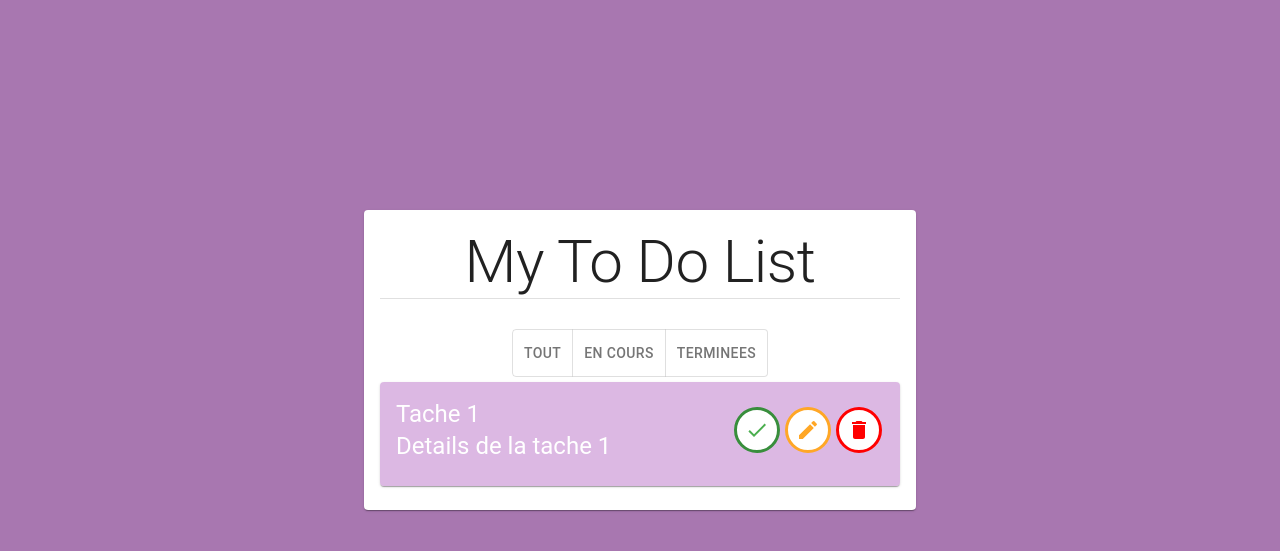
Repository: Fathiyasmine/Todo-list-project
Page: /
An editor plug-in stored every save of this project. The page is shown before and after the next save, followed by the edit.
The browser window is 1280 px wide. The pictures show the whole page.
The project was rebuilt for these pictures with package versions that can differ from the ones it lists, and the page was loaded fresh each time.

Above is the page before, as saved 2025-12-07 19:01:17.

### src/App.js
import "./App.css";
import ToDoList from "./components/ToDoList";

function App() {
  return (
    <div
      className="App"
      style={{
        display: "flex",
        justifyContent: "center",
        alignItems: "center",
        background: "#a877b0",
        height: "100vh",
      }}
    >
      <ToDoList />
    </div>
  );
}

export default App;

### src/App.css
.App {
  text-align: center;
}

.App-logo {
  height: 40vmin;
  pointer-events: none;
}

@media (prefers-reduced-motion: no-preference) {
  .App-logo {
    animation: App-logo-spin infinite 20s linear;
  }
}

.App-header {
  background-color: #282c34;
  min-height: 100vh;
  display: flex;
  flex-direction: column;
  align-items: center;
  justify-content: center;
  font-size: calc(10px + 2vmin);
  color: white;
}

.App-link {
  color: #61dafb;
}

@keyframes App-logo-spin {
  from {
    transform: rotate(0deg);
  }
  to {
    transform: rotate(360deg);
    -webkit-transform: rotate(360deg);
    -moz-transform: rotate(360deg);
    -ms-transform: rotate(360deg);
    -o-transform: rotate(360deg);
  }
}

.iconButton {
  transition: all 0.2s !important;
  -webkit-transition: all 0.2s !important;
  -moz-transition: all 0.2s !important;
  -ms-transition: all 0.2s !important;
  -o-transition: all 0.2s !important;
}
.iconButton:hover {
  background-color: rgba(223, 210, 232, 0.986) !important;
  box-shadow: 0px 7px 7px rgba(0, 0, 0, 0.4);
}

### src/components/TodoList.js
import * as React from "react";
import Container from "@mui/material/Container";
import Card from "@mui/material/Card";
import CardContent from "@mui/material/CardContent";
import Typography from "@mui/material/Typography";
import Divider from "@mui/material/Divider";
import ToggleButton from "@mui/material/ToggleButton";
import ToggleButtonGroup from "@mui/material/ToggleButtonGroup";
//Components
import Todo from "./Todo";
export default function ToDoList() {
  return (
    <Container maxWidth="sm">
      <Card>
        <CardContent>
          <Typography variant="h2">My To Do List</Typography>
          <Divider />
          {/*Filter buttons */}
          <ToggleButtonGroup
            // value={alignment}
            exclusive
            // onChange={handleAlignment}
            aria-label="text alignment"
            style={{ marginTop: "30px" }}
          >
            <ToggleButton value="left">Tout</ToggleButton>
            <ToggleButton value="right">En cours</ToggleButton>
            <ToggleButton value="center">Terminees</ToggleButton>
          </ToggleButtonGroup>
          {/*Filter buttons */}
          {/*All todos */}
          <Todo />
          {/*All todos */}
        </CardContent>
      </Card>
    </Container>
  );
}

### src/components/Todo.js
import Card from "@mui/material/Card";
import CardContent from "@mui/material/CardContent";
import Typography from "@mui/material/Typography";
import Grid from "@mui/material/Grid";
//Icons:
import CheckIcon from "@mui/icons-material/Check";
import DeleteIcon from "@mui/icons-material/Delete";
import EditIcon from "@mui/icons-material/Edit";

import IconButton from "@mui/material/IconButton";
export default function Todo() {
  return (
    <>
      <Card style={{ color: "white", background: "#c990d3a3", marginTop: 5 }}>
        <CardContent>
          <Grid container spacing={2}>
            <Grid size={8}>
              <Typography variant="h5" sx={{ textAlign: "left" }}>
                Tache 1
              </Typography>
              <Typography variant="h5" sx={{ textAlign: "left" }}>
                Details de la tache 1
              </Typography>
            </Grid>
            {/*Action buttons */}

            <Grid
              size={4}
              display="flex"
              justifyContent="space-around"
              alignItems="center"
            >
              {" "}
              <IconButton
                className="iconButton"
                aria-label="delete"
                color="primary"
                style={{
                  color: "#4CAF50",
                  background: "white",
                  border: "solid 3px #388E3C",
                }}
              >
                <CheckIcon />
              </IconButton>
              <IconButton
                className="iconButton"
                aria-label="delete"
                color="primary"
                style={{
                  color: "#FFA726",
                  background: "white",
                  border: "solid 3px #FFA726",
                }}
              >
                <EditIcon />
              </IconButton>
              <IconButton
                className="iconButton"
                aria-label="delete"
                color="primary"
                style={{
                  color: "red",
                  background: "white",
                  border: "solid 3px red",
                }}
              >
                <DeleteIcon />
              </IconButton>
            </Grid>
            {/*Action buttons */}
          </Grid>
        </CardContent>
      </Card>
    </>
  );
}

Loaded but not shown: public/index.html (common file); src/index.js (common file); src/index.css (common file); src/reportWebVitals.js (common file)

After the next save:
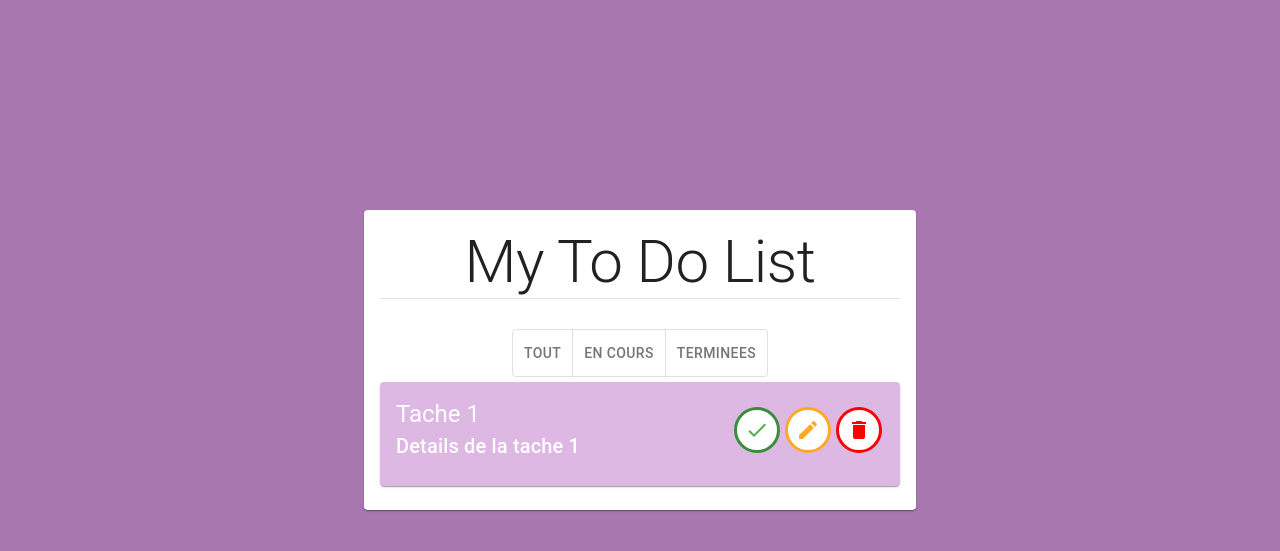
Saved 10 s later.
--- a/src/components/Todo.js
+++ b/src/components/Todo.js
@@ -18,7 +18,7 @@ export default function Todo() {
               <Typography variant="h5" sx={{ textAlign: "left" }}>
                 Tache 1
               </Typography>
-              <Typography variant="h5" sx={{ textAlign: "left" }}>
+              <Typography variant="h6" sx={{ textAlign: "left" }}>
                 Details de la tache 1
               </Typography>
             </Grid>
